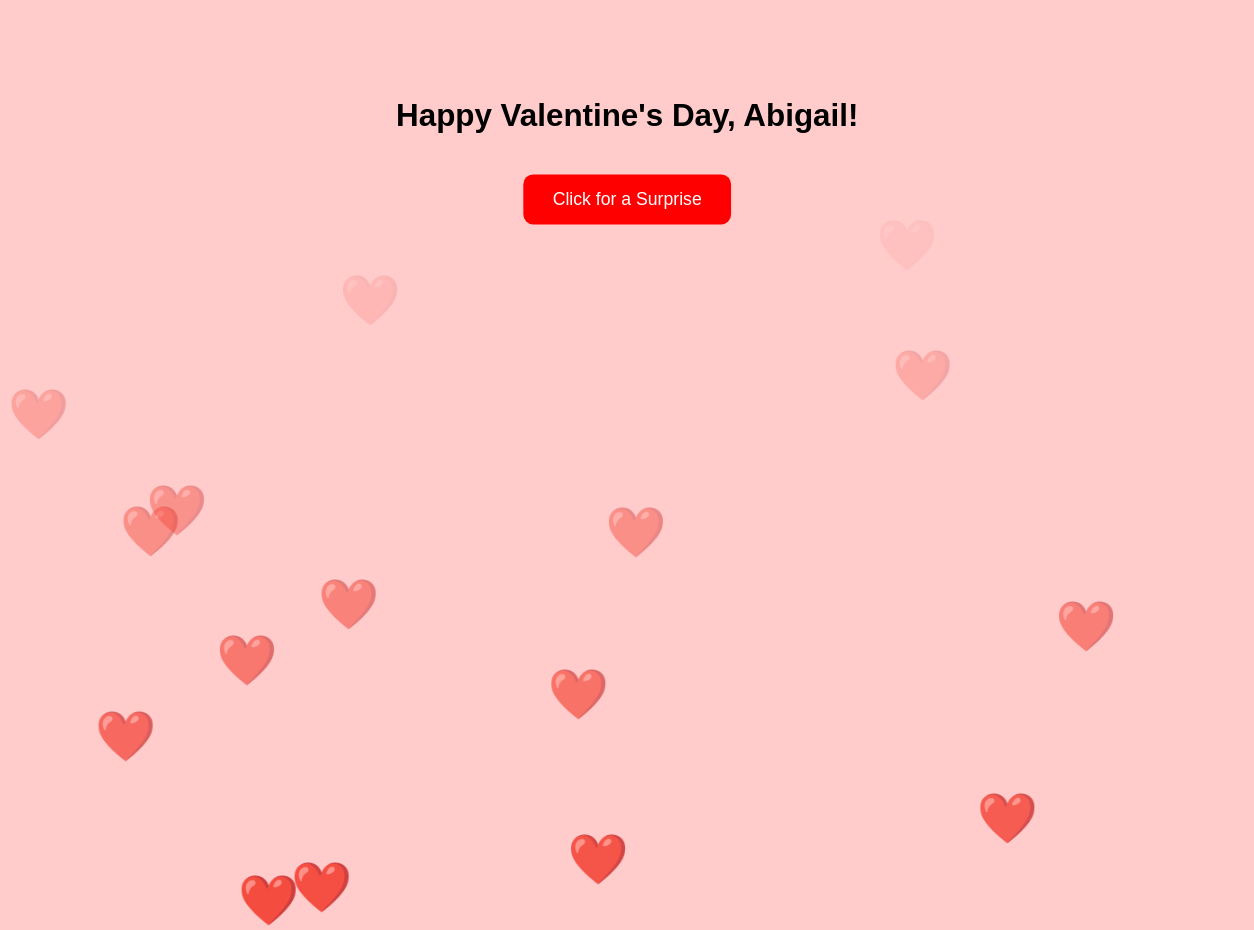
Repository: Jothankato05/Valentine
Page: Valentine/index.html
The author's editor kept a copy of each file at every save. The page is drawn from the files as they stood at one save, then again after a run of saves.
The browser window is 1280 px wide. The pictures show the whole page, at 98% of full size.

Above is the page before, as saved 2025-02-14 14:31:35.

### Valentine/index.html
<!DOCTYPE html>
<html lang="en">
<head>
    <meta charset="UTF-8">
    <meta name="viewport" content="width=device-width, initial-scale=1.0">
    <title>Valentine's Surprise for Abigail</title>
    <style>
        body {
            background-color: #ffcccb;
            text-align: center;
            font-family: 'Arial', sans-serif;
            overflow: hidden;
        }
        .container {
            margin-top: 100px;
        }
        .heart {
            color: red;
            font-size: 50px;
            position: absolute;
            animation: float 5s linear infinite;
        }
        @keyframes float {
            0% { transform: translateY(100vh); opacity: 1; }
            100% { transform: translateY(-10vh); opacity: 0; }
        }
        #surpriseBtn {
            background-color: red;
            color: white;
            padding: 15px 30px;
            border: none;
            font-size: 18px;
            cursor: pointer;
            border-radius: 10px;
            margin-top: 20px;
        }
        #message {
            display: none;
            font-size: 24px;
            color: darkred;
            margin-top: 20px;
        }
    </style>
</head>
<body>
    <div class="container">
        <h1>Happy Valentine's Day, Abigail!</h1>
        <button id="surpriseBtn">Click for a Surprise</button>
        <p id="message">You are the most amazing person in my life. I cherish you! ❤️</p>
    </div>

    <script>
        function createHeart() {
            const heart = document.createElement('div');
            heart.classList.add('heart');
            heart.innerHTML = '❤️';
            heart.style.left = Math.random() * 100 + 'vw';
            heart.style.animationDuration = Math.random() * 3 + 2 + 's';
            document.body.appendChild(heart);

            setTimeout(() => {
                heart.remove();
            }, 5000);
        }

        setInterval(createHeart, 300);

        document.getElementById('surpriseBtn').addEventListener('click', function() {
            document.getElementById('message').style.display = 'block';
        });
    </script>
</body>
</html>

After the next 2 saves:
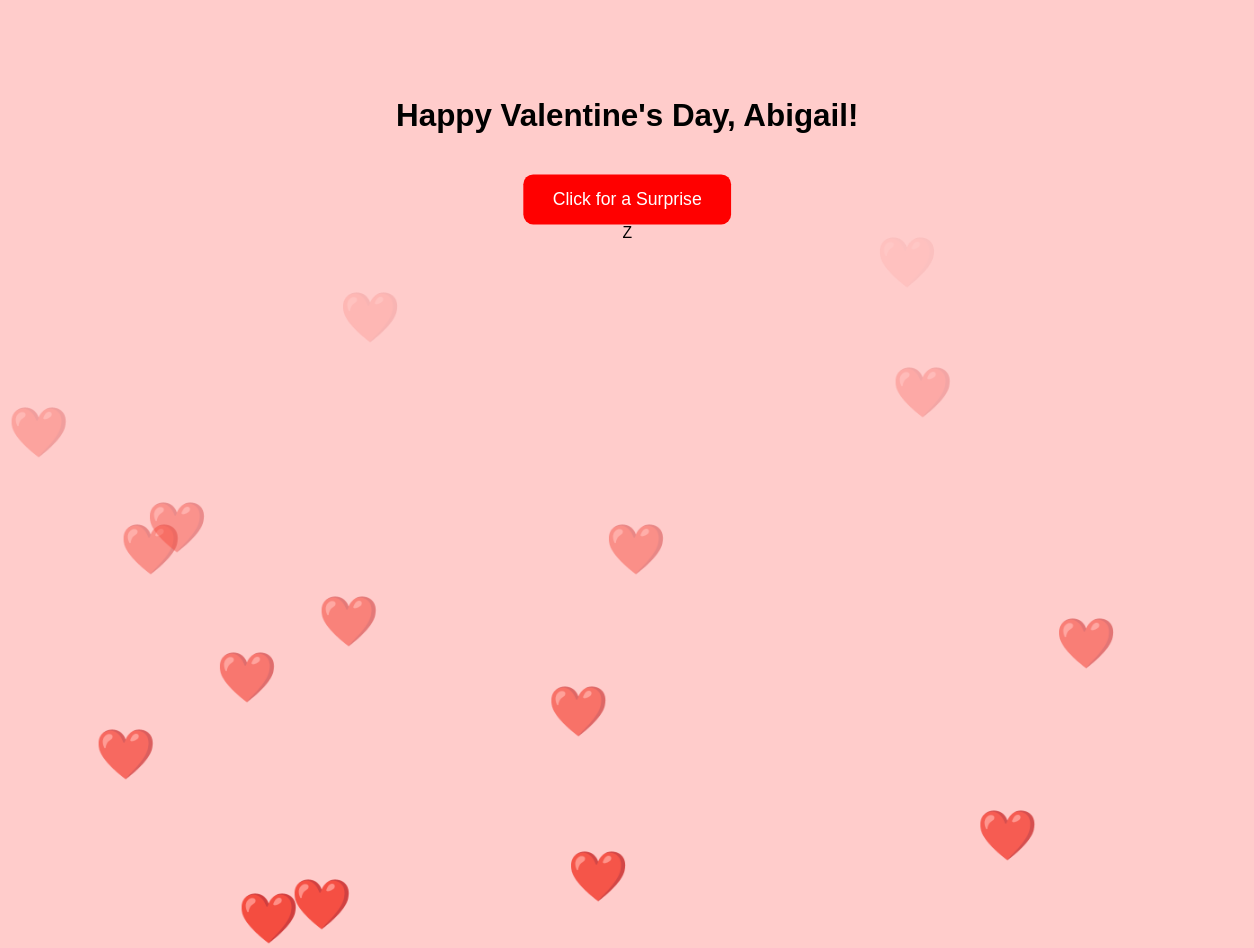
The 2 saves are shown as one change because they came seconds apart.
The last was saved 9 s later.
--- a/Valentine/index.html
+++ b/Valentine/index.html
@@ -3,7 +3,7 @@
 <head>
     <meta charset="UTF-8">
     <meta name="viewport" content="width=device-width, initial-scale=1.0">
-    <title>Valentine's Surprise for Abigail</title>
+    <title>Valentine's Surprise for </title>
     <style>
         body {
             background-color: #ffcccb;
@@ -71,3 +71,4 @@
     </script>
 </body>
 </html>
+Z

After the 3 saves that followed:
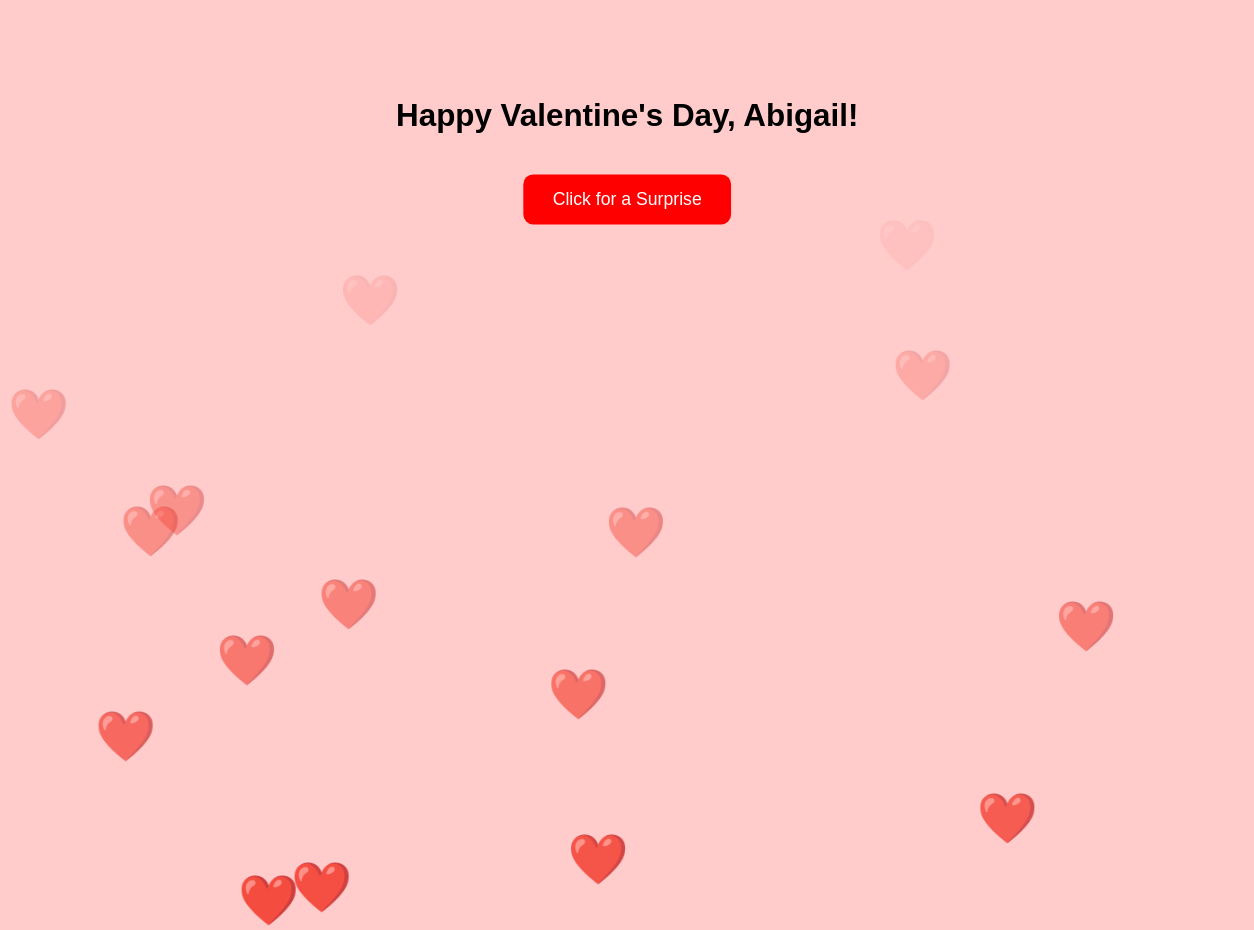
The 3 saves are shown as one change because they came seconds apart.
The last was saved 10 s later.
--- a/Valentine/index.html
+++ b/Valentine/index.html
@@ -3,7 +3,7 @@
 <head>
     <meta charset="UTF-8">
     <meta name="viewport" content="width=device-width, initial-scale=1.0">
-    <title>Valentine's Surprise for </title>
+    <title>Valentine's Surprise for S</title>
     <style>
         body {
             background-color: #ffcccb;
@@ -71,4 +71,3 @@
     </script>
 </body>
 </html>
-Z
